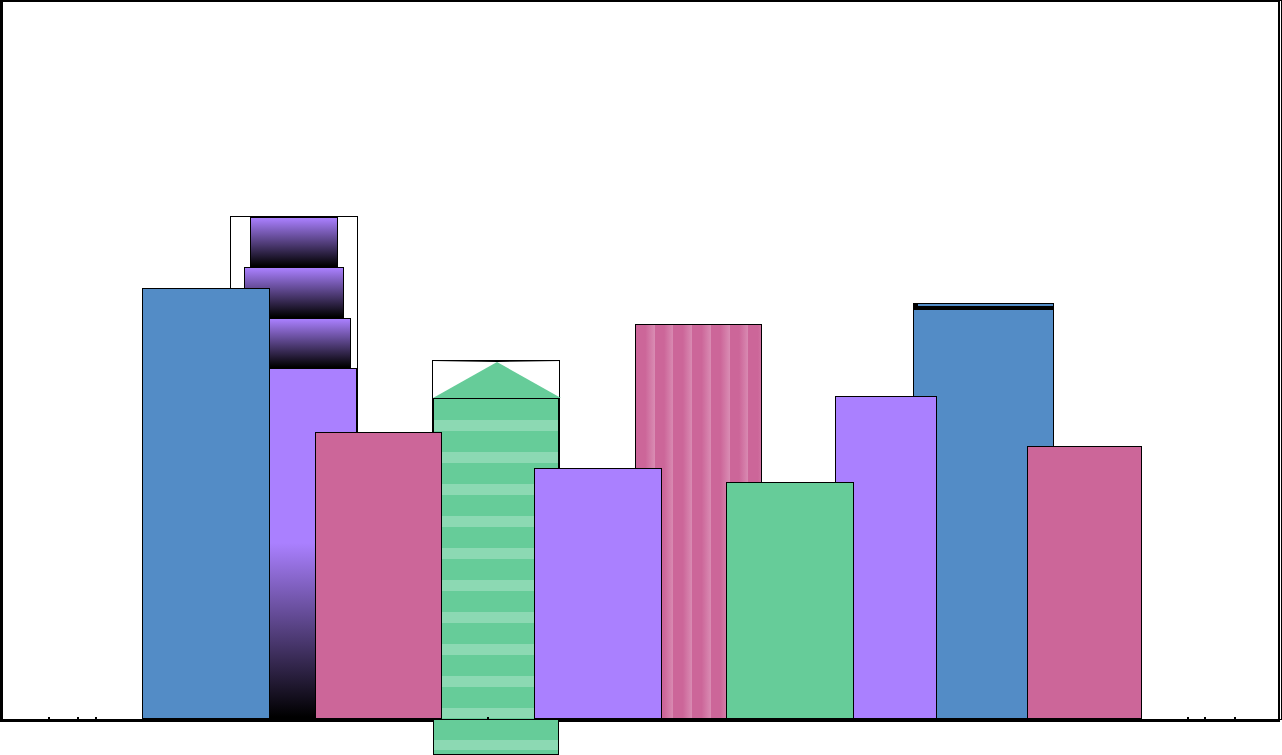
Repository: Lungdjos/city_skyline
Page: index.html
An editor plug-in stored every save of this project. The page is shown before and after a run of saves, followed by the edit.
The browser window is 1280 px wide. The page is 1282 px wide, so the pictures cover 1282 px, including what lies to the right of the window. The pictures show the whole page.

Above is the page before, as saved 2023-12-12 11:16:48.

After the next 3 saves:
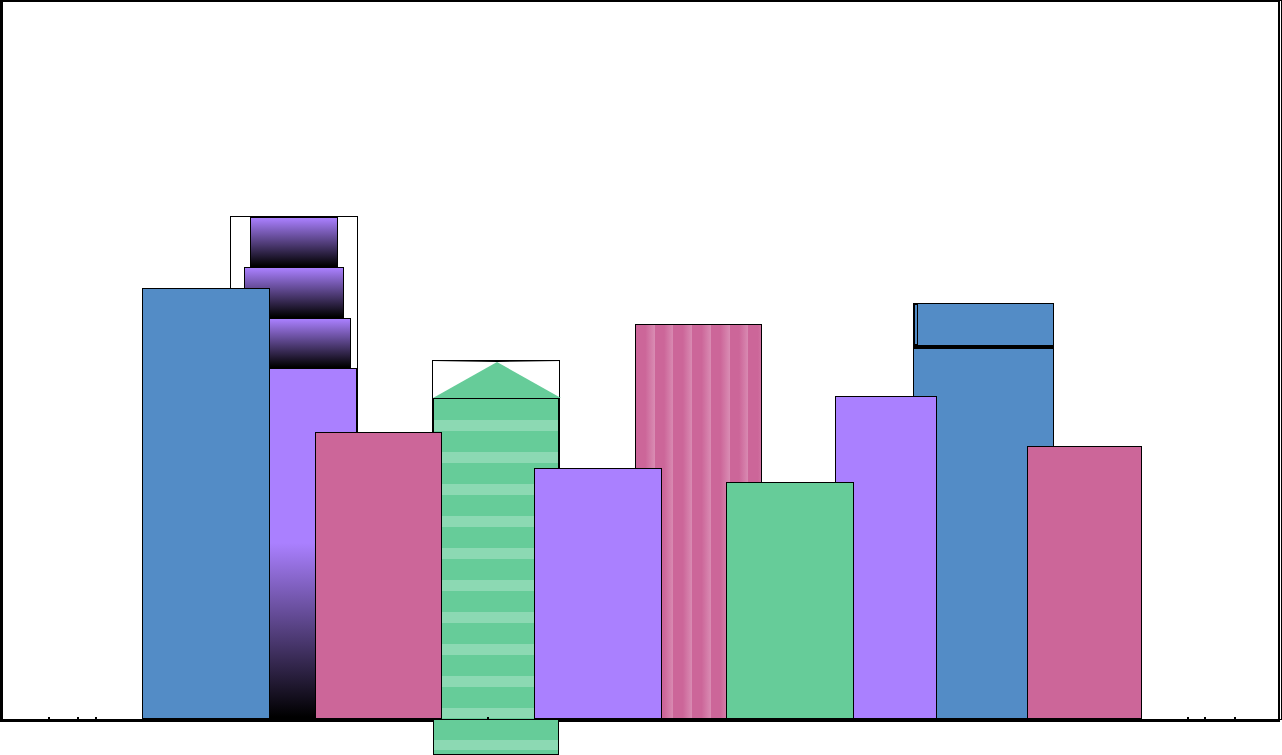
The 3 saves are shown as one change because they came seconds apart.
The last was saved 12 s later.
--- a/styles.css
+++ b/styles.css
@@ -100,6 +100,7 @@ body {
 
 .bb4a {
     width: 3%;
+    height: 10%;
 }
 
 
